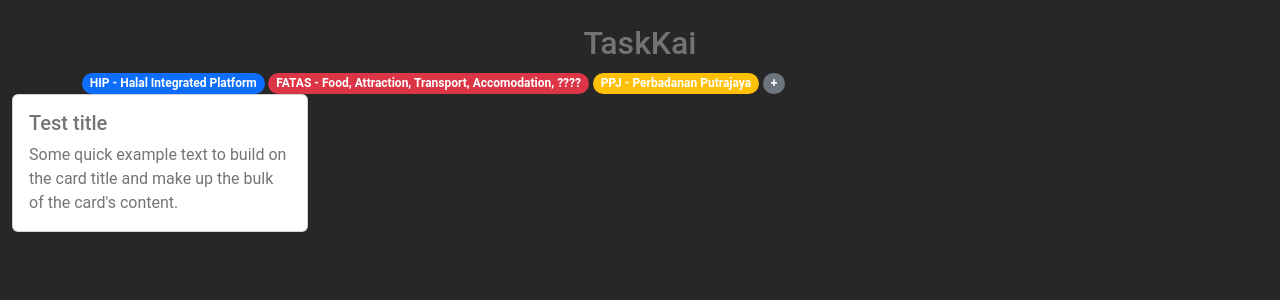
Repository: faizhakimi99/TaskKai
Page: src/views/index.html
An editor plug-in stored every save of this project. The page is shown before and after the next save, followed by the edit.
The browser window is 1280 px wide. The pictures show the whole page.

Above is the page before, as saved 2025-01-27 12:37:56.

### src/views/index.html
<!DOCTYPE html>
<html lang="en">

<head>
    <meta charset="UTF-8">
    <meta name="viewport" content="width=device-width, initial-scale=1.0">
    <title>Task Kai</title>
    <link rel="stylesheet" href="/plugins/css/bootstrap.min.css" type="text/css">
    <link rel="stylesheet" href="/customStyle/style.css" type="text/css">
</head>

<body>
    <div class="mt-4"></div>
    <div id="notes-header" class="container">
        <div class="row">
            <div class="col-lg-12 text-center">
                <h2>TaskKai</h2>
            </div>
        </div>
    </div>

    <div id="list-project" class="container">
        <div class="row">
            <div class="col-lg-12">
                <span class="rounded-pill badge bg-primary">HIP - Halal Integrated Platform</span>
                <span class="rounded-pill badge bg-danger">FATAS - Food, Attraction, Transport, Accomodation, ????</span>
                <span class="rounded-pill badge bg-warning">PPJ - Perbadanan Putrajaya</span>
                <span class="rounded-pill badge bg-secondary">+</span>
            </div>
        </div>
    </div>

    <div id="kanban-project" class="container-fluid">
        <div class="row">
            <div class="col-lg-3">
                <div class="card h-100">
                    <div class="card-body">
                        <h5 class="card-title">Test title</h5>
                        <span>Some quick example text to build on the card title and make up the bulk of the card's content.</span>
                    </div>
                </div>
            </div>
            <div class="col-lg-3"></div>
            <div class="col-lg-3"></div>
            <div class="col-lg-3"></div>
        </div>
    </div>


    <script src="/plugins/js/bootstrap.min.js"></script>
</body>

</html>

### src/public/customStyle/style.css
:root {
    --background-color: #272727;
    --primary-color: #747474;
    --secondary-color: #ff652f;
    --third-color: #ffe400;
    --fourth-color: #14a76c;
    --font-family: 'Roboto', sans-serif;
    --spacing: 16px;
}

body {
    font-size: 16px;
    font-family: var(--font-family);
    color: var(--primary-color);
    background-color: var(--background-color);
}

Loaded but not shown: src/public/plugins/css/bootstrap.min.css (library); src/public/plugins/js/bootstrap.min.js (library)

After the next save:
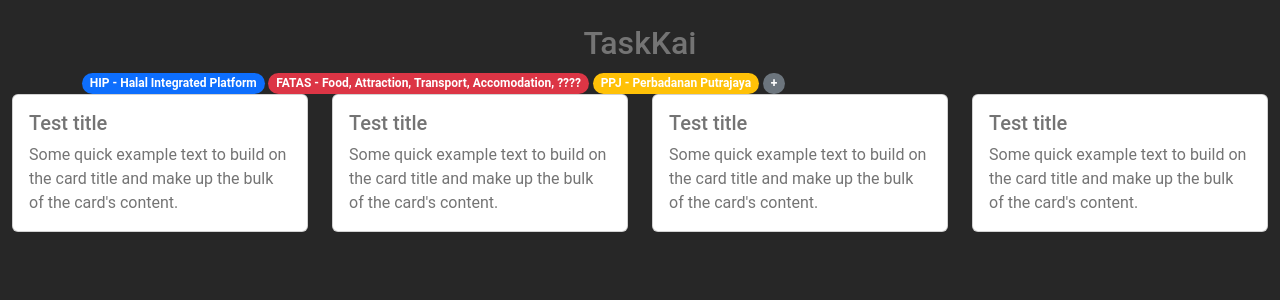
Saved 13 s later.
--- a/src/views/index.html
+++ b/src/views/index.html
@@ -40,9 +40,30 @@
                     </div>
                 </div>
             </div>
-            <div class="col-lg-3"></div>
-            <div class="col-lg-3"></div>
-            <div class="col-lg-3"></div>
+            <div class="col-lg-3">
+                <div class="card h-100">
+                    <div class="card-body">
+                        <h5 class="card-title">Test title</h5>
+                        <span>Some quick example text to build on the card title and make up the bulk of the card's content.</span>
+                    </div>
+                </div>
+            </div>
+            <div class="col-lg-3">
+                <div class="card h-100">
+                    <div class="card-body">
+                        <h5 class="card-title">Test title</h5>
+                        <span>Some quick example text to build on the card title and make up the bulk of the card's content.</span>
+                    </div>
+                </div>
+            </div>
+            <div class="col-lg-3">
+                <div class="card h-100">
+                    <div class="card-body">
+                        <h5 class="card-title">Test title</h5>
+                        <span>Some quick example text to build on the card title and make up the bulk of the card's content.</span>
+                    </div>
+                </div>
+            </div>
         </div>
     </div>
 
